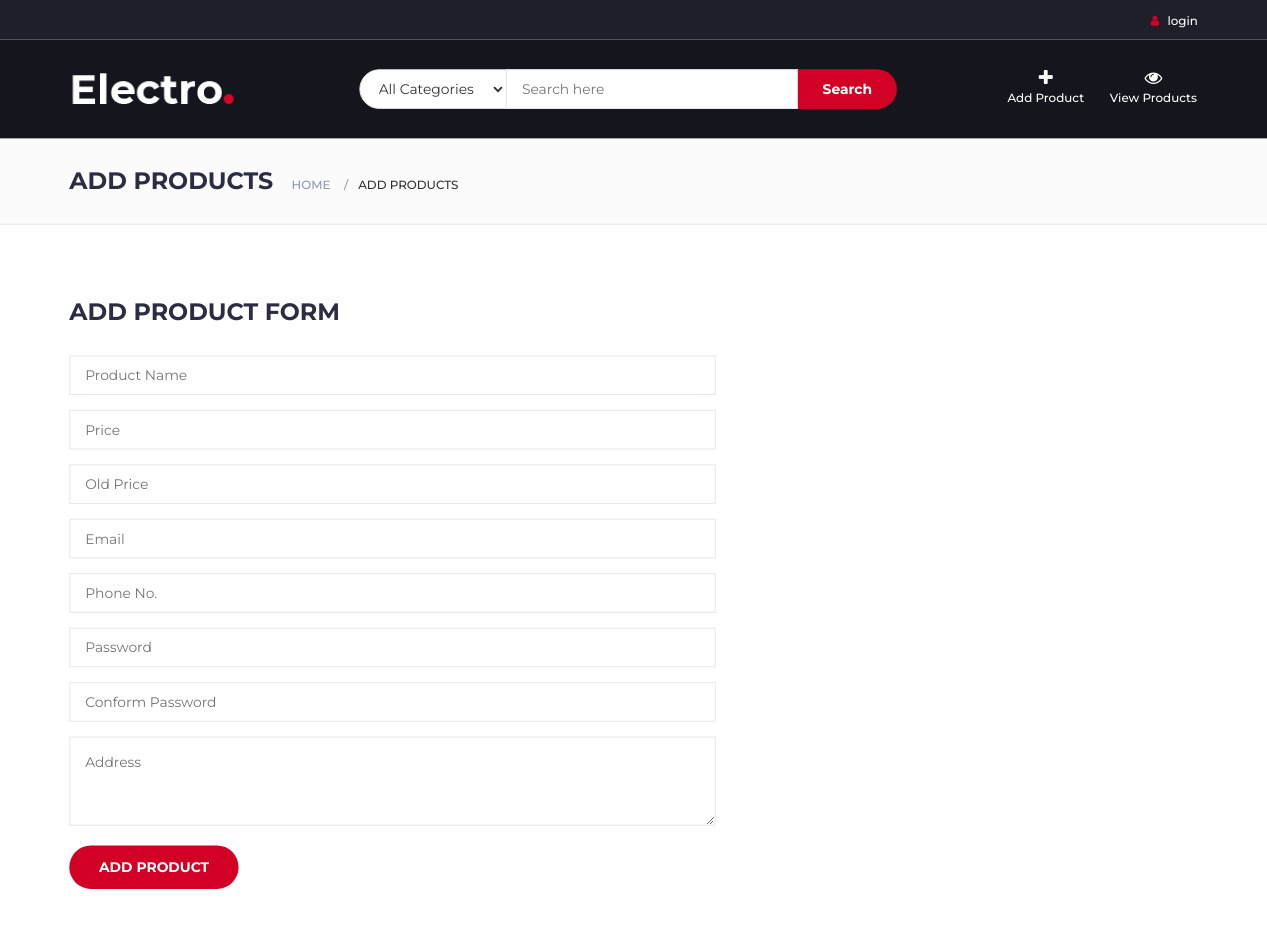
Repository: kinjalsavaliya263/JAVA
Page: http://localhost/electro-master/addproduct.jsp
The author's editor kept a copy of each file at every save. The page is drawn from the files as they stood at one save, then again after the next save.
The browser window is 1280 px wide. The pictures show the whole page, at 99% of full size.
The page is served by Tomcat 9. Other server files are loaded and not shown. The template is opened directly, without the code that normally fills it, so the values that code supplies are empty.

Above is the page before, as saved 2023-04-04 13:40:22.

### electro-master/src/main/webapp/addproduct.jsp
<%@ page language="java" contentType="text/html; charset=UTF-8"
	pageEncoding="UTF-8"%>
	<%@ include file="sellerheader.jsp" %>
<!DOCTYPE html>
<html>
<head>
<meta charset="UTF-8">
<title>Electro -Ecommerce</title>

</head>
<body>
	<!-- BREADCRUMB -->
	<div id="breadcrumb" class="section">
		<!-- container -->
		<div class="container">
			<!-- row -->
			<div class="row">
				<div class="col-md-12">
					<h3 class="breadcrumb-header">Add Products</h3>
					<ul class="breadcrumb-tree">
						<li><a href="#">Home</a></li>
						<li class="active">Add Products</li>
					</ul>
				</div>
			</div>
			<!-- /row -->
		</div>
		<!-- /container -->
	</div>
	<!-- /BREADCRUMB -->

<!-- SECTION -->
	<div class="section">
		<!-- container -->
		<div class="container">
			<!-- row -->
			<div class="row">

				<div class="col-md-7">
					<!-- Add Product -->
					<form action="reg" method="post">
						<div class="billing-details">
							<span class="text-danger">${msg}</span> <span
								class="text-success">${msg1}</span>
							<div class="section-title">
								<h3 class="title">Add Product Form</h3>
							</div>


							<div class="form-group">
								<input class="input" type="text" name="pname"
									placeholder="Product Name" id="pname">
							</div>
							<div class="form-group">
								<input class="input" type="number" name="price"
									placeholder="Price" id="price">
							</div>
							<div class="form-group">
								<input class="input" type="number" name="oldprice"
									placeholder="Old Price" id="oldprice">
							</div>
							<div class="form-group">
								<input class="input" type="email" name="email"
									placeholder="Email" id="email">
							</div>
							<div class="form-group">
								<input class="input" type="text" name="phno"
									placeholder="Phone No." id="phno">
							</div>
							<div class="form-group">
								<input class="input" type="password" name="pass"
									placeholder="Password" id="pass">
							</div>
							<div class="form-group">
								<input class="input" type="password" name="cpass"
									placeholder="Conform Password" id="cpass">
							</div>
							<div class="form-group">
							<textarea cols="3" class="input"  name="address"
									placeholder="Address"></textarea>
							</div>

							<div class="form-group">
								<button type="submit" class="primary-btn order-submit">Add Product</button>
							</div>

						</div>
					</form>
					<!-- /Add Product -->



				</div>


			</div>
			<!-- /row -->
		</div>
		<!-- /container -->
	</div>
	<!-- /SECTION -->



</body>
</html>

### electro-master/src/main/webapp/sellerheader.jsp

<%@page import="model.User"%>
<%@ page language="java" contentType="text/html; charset=UTF-8"
	pageEncoding="UTF-8"%>
<!DOCTYPE html>
<html>
<head>
<meta charset="UTF-8">
<title>Electro -Ecommerce</title>
<link
	href="https://fonts.googleapis.com/css?family=Montserrat:400,500,700"
	rel="stylesheet">

<!-- Bootstrap -->
<link type="text/css" rel="stylesheet" href="css/bootstrap.min.css" />

<!-- Slick -->
<link type="text/css" rel="stylesheet" href="css/slick.css" />
<link type="text/css" rel="stylesheet" href="css/slick-theme.css" />

<!-- nouislider -->
<link type="text/css" rel="stylesheet" href="css/nouislider.min.css" />

<!-- Font Awesome Icon -->
<link rel="stylesheet" href="css/font-awesome.min.css">

<!-- Custom stlylesheet -->
<link type="text/css" rel="stylesheet" href="css/style.css" />

<!-- HTML5 shim and Respond.js for IE8 support of HTML5 elements and media queries -->
<!-- WARNING: Respond.js doesn't work if you view the page via file:// -->
<!--[if lt IE 9]>
		  <script src="https://oss.maxcdn.com/html5shiv/3.7.3/html5shiv.min.js"></script>
		  <script src="https://oss.maxcdn.com/respond/1.4.2/respond.min.js"></script>
		<![endif]-->
</head>
<body>
	<!-- HEADER -->
	<header>
		<!-- TOP HEADER -->
		<div id="top-header">
			<div class="container">

				<%
				/* String email = (String) session.getAttribute("email"); */
				User us = (User) request.getAttribute("use");
				%>



				<ul class="header-links pull-left">

				</ul>
				<ul class="header-links pull-right">




					<%
					if (us != null) {
					%>

					<li><a href="myprofile?email=<%=us.getEmail()%>"><i
							class="fa fa-user"></i>My Profile</a></li>
					<li><a href="changepass.jsp?email=<%=us.getEmail()%>"><i
							class="fa fa-key"></i>Change Password</a></li>
					<li style="color: white;"><b>Welcome <%=us.getFname()%> <%=us.getLname()%></b></li>
					<li><a href="logout.jsp"><i class="fa fa-user"></i>Logout</a></li>
					<%
					} else {
					%>

					<li><a href="login.jsp"><i class="fa fa-user"></i> login</a></li>
					<%
					}
					%>


				</ul>
			</div>
		</div>
		<!-- /TOP HEADER -->

		<!-- MAIN HEADER -->
		<div id="header">
			<!-- container -->
			<div class="container">
				<!-- row -->
				<div class="row">
					<!-- LOGO -->
					<div class="col-md-3">
						<div class="header-logo">
							<a href="#" class="logo"> <img src="./img/logo.png" alt="">
							</a>
						</div>
					</div>
					<!-- /LOGO -->

					<!-- SEARCH BAR -->
					<div class="col-md-6">
						<div class="header-search">
							<form>
								<select class="input-select">
									<option value="0">All Categories</option>
									<option value="1">Category 01</option>
									<option value="1">Category 02</option>
								</select> <input class="input" placeholder="Search here">
								<button class="search-btn">Search</button>
							</form>
						</div>
					</div>
					<!-- /SEARCH BAR -->

					<!-- ACCOUNT -->
					<div class="col-md-3 clearfix">
						<div class="header-ctn">
							<!-- Add Product -->
							<div>
								<a href="addproduct.jsp"> <i class="fa fa-plus"></i> <span>Add
										Product</span>
								</a>
							</div>
							<!-- /Add Product -->

							<!-- View Product -->
							<div >
								<a href="viewproduct.jsp"> <i class="fa fa-eye"></i> <span>View
										Products</span>
								</a>

							</div>
							<!-- /View Product -->


						</div>
					</div>
					<!-- /ACCOUNT -->
				</div>
				<!-- row -->
			</div>
			<!-- container -->
		</div>
		<!-- /MAIN HEADER -->
	</header>
	<!-- /HEADER -->


</body>
</html>

Loaded but not shown: electro-master/src/main/webapp/css/bootstrap.min.css (library); electro-master/src/main/webapp/css/slick.css (common file); electro-master/src/main/webapp/css/slick-theme.css (library); electro-master/src/main/webapp/css/nouislider.min.css (library); electro-master/src/main/webapp/css/font-awesome.min.css (library); electro-master/src/main/webapp/css/style.css (2191 lines, source omitted)

After the next save:
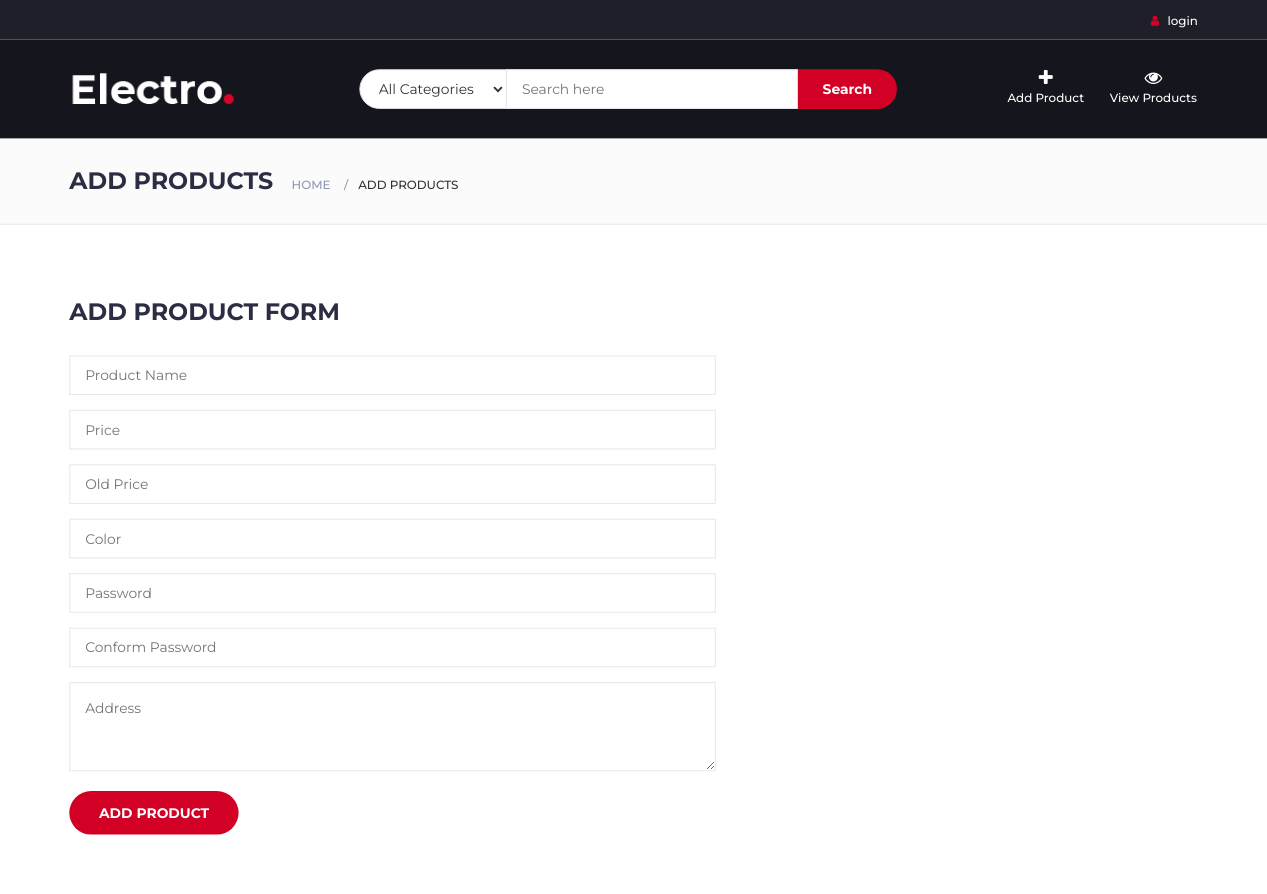
Saved 73 s later.
--- a/electro-master/src/main/webapp/addproduct.jsp
+++ b/electro-master/src/main/webapp/addproduct.jsp
@@ -60,12 +60,8 @@
 									placeholder="Old Price" id="oldprice">
 							</div>
 							<div class="form-group">
-								<input class="input" type="email" name="email"
-									placeholder="Email" id="email">
-							</div>
-							<div class="form-group">
-								<input class="input" type="text" name="phno"
-									placeholder="Phone No." id="phno">
+								<input class="input" type="text" name="color"
+									placeholder="Color" id="color">
 							</div>
 							<div class="form-group">
 								<input class="input" type="password" name="pass"
